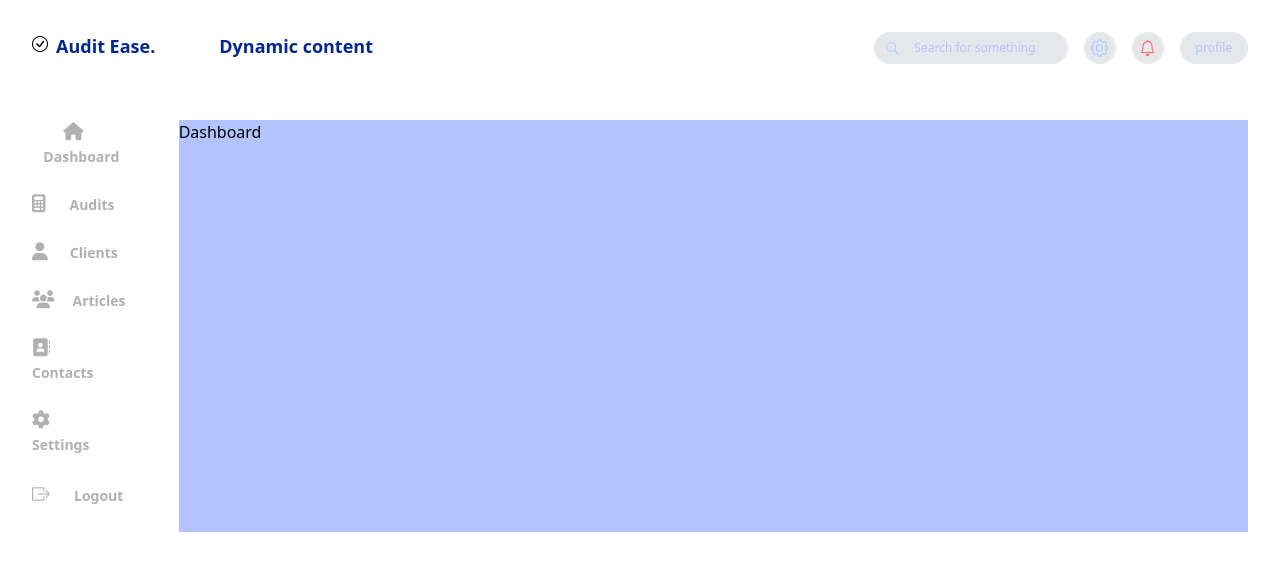
Repository: EclipticCode/Audit-Ease-FE
Page: /
An editor plug-in stored every save of this project. The page is shown before and after the next save, followed by the edit.
The browser window is 1280 px wide. The pictures show the whole page.
Some web libraries are served in a nearby version. The project was rebuilt for these pictures with package versions that can differ from the ones it lists, and the page was loaded fresh each time. Also part of the build but not shown: vite.config.js, Login.jsx, src/Navbar.jsx, src/Pages/Audits.jsx.

Above is the page before, as saved 2025-03-27 22:27:43.

After the next save:
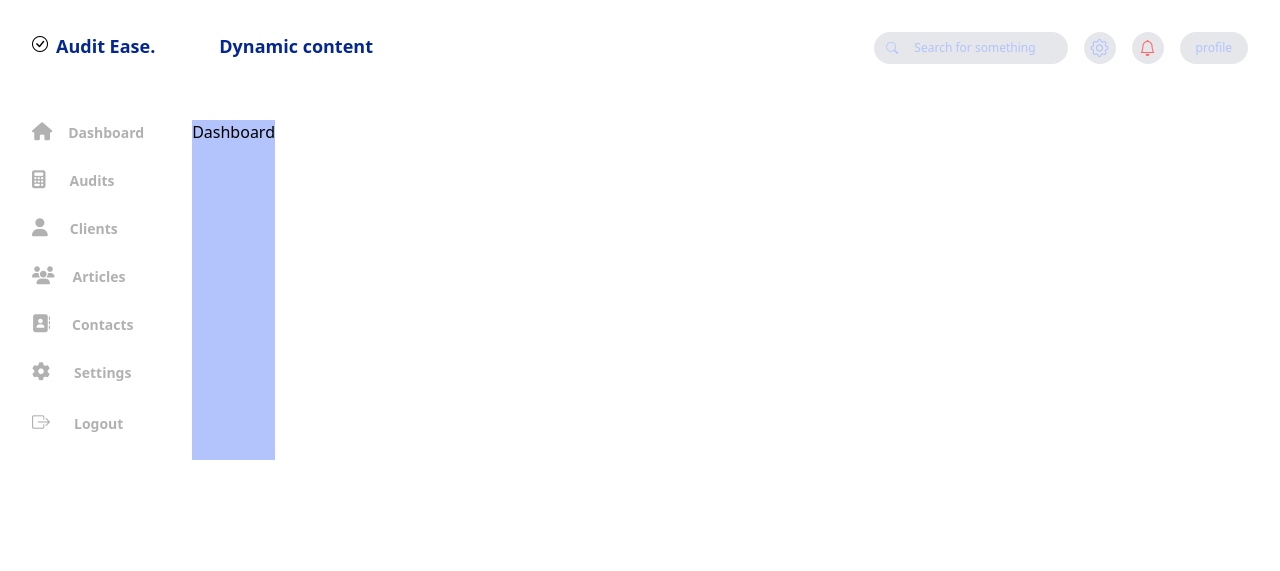
Saved 2 min 44 s later.
--- a/src/Pages/Dashboard.jsx
+++ b/src/Pages/Dashboard.jsx
@@ -20,7 +20,7 @@ const Dashboard = () => {
             <div className='mb-6'><span><i className="bi bi-box-arrow-right mr-6 text-lg"></i></span><span className='font-semibold text-sm'>Logout</span></div>
         </div>
         </div>
-      <div className='mt-6 ml-12 w-full bg-soft-primary'>Dashboard</div>
+      <div className='mt-6 ml-12 bg-soft-primary'>Dashboard</div>
     </div>
   )
 }
